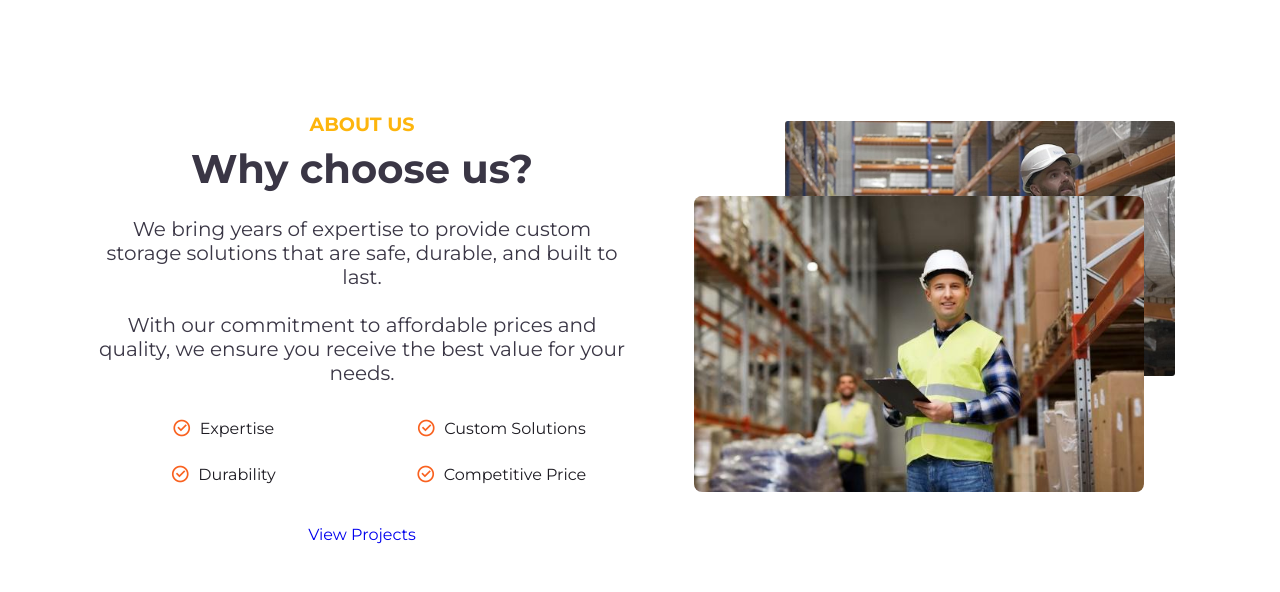
Repository: jahatesu/shelves-and-storage-equipment
Page: index.html
An editor plug-in stored every save of this project. The page is shown before and after a run of saves, followed by the edit.
The browser window is 1280 px wide. The pictures show the part of the page from y = 720 to 1312 px (the page is 1312 px tall before and 1302 px after).
Backgrounds fixed to the window are drawn as part of the page. Some web fonts or font styles are not loaded; a fallback is used.

Above is the page before, as saved 2025-01-08 16:40:07.
Console error: TypeError: Cannot read properties of null (reading 'querySelector')

After the next 3 saves:
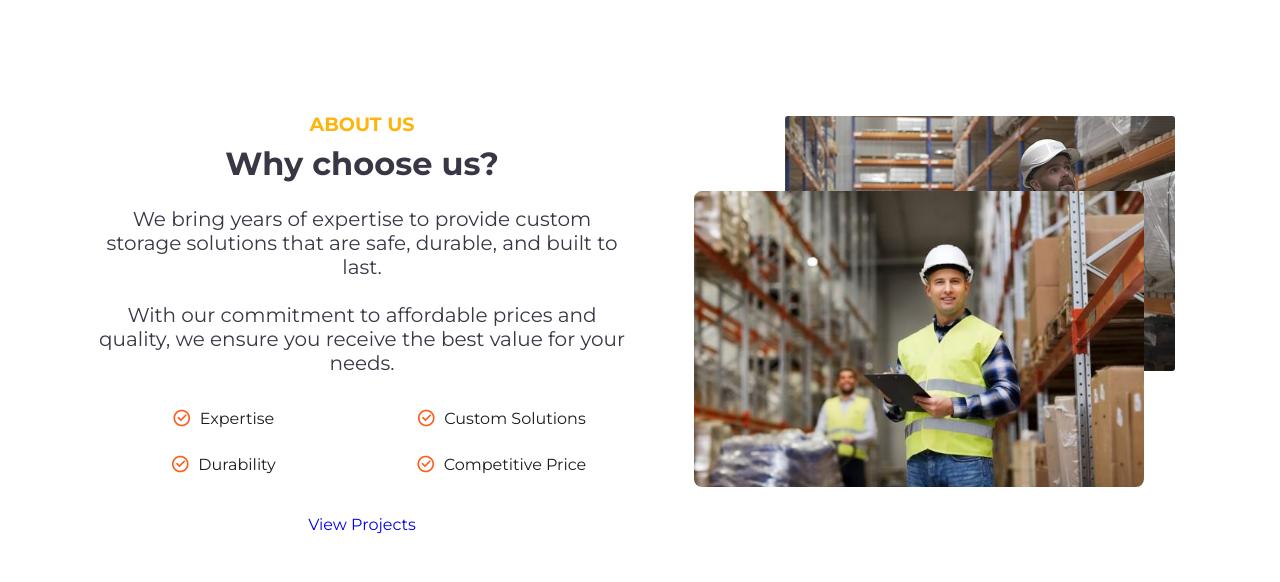
The 3 saves are shown as one change because they came seconds apart.
The last was saved 9 s later.
--- a/style.css
+++ b/style.css
@@ -194,7 +194,7 @@ body html{
 
 .section_title {
     text-align: center;
-    font-size:2.5rem;
+    font-size: 2rem;
     font-weight: var(--font-bold);
     margin-bottom: 1.5rem;
 }
